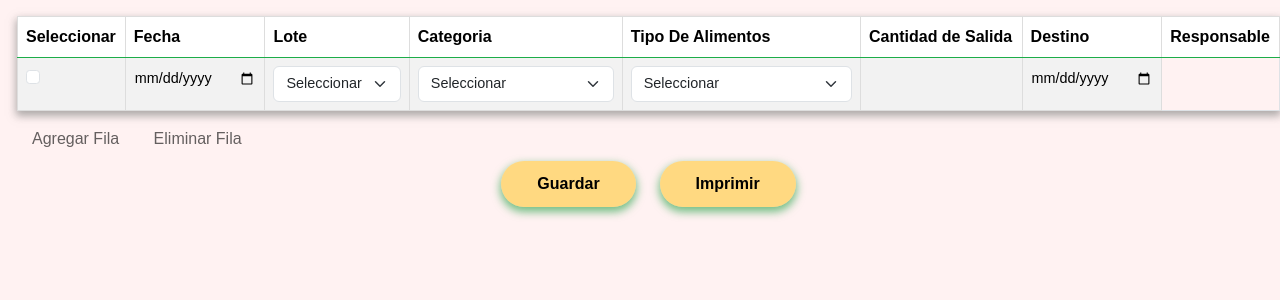
Repository: Mateojimenezz/Granja-Santa-Helena
Page: registroDiarioDeAlimentos.html
The author's editor kept a copy of each file at every save. The page is drawn from the files as they stood at one save, then again after a run of saves.
The browser window is 1280 px wide. The pictures show the whole page.
Some web fonts or font styles are not loaded; a fallback is used.

Above is the page before, as saved 2025-04-22 15:49:55.

After the next 2 saves:
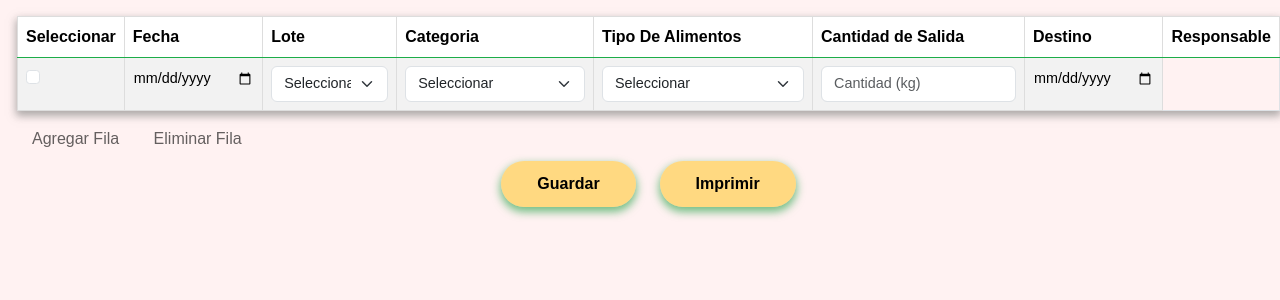
The 2 saves are shown as one change because they came seconds apart.
The last was saved 6 s later.
--- a/registroDiarioDeAlimentos.html
+++ b/registroDiarioDeAlimentos.html
@@ -69,8 +69,10 @@
               </td>
 
               <td>
+                <!-- Campo de entrada para cantidad de salida en kilogramos -->
+                <input type="number" class="form-control" placeholder="Cantidad (kg)" min="1" step="0.1">
+              </td>
 
-              </td>
 
               <td>
                 <input type="date" class="input-no-border" placeholder="555-1234" />
